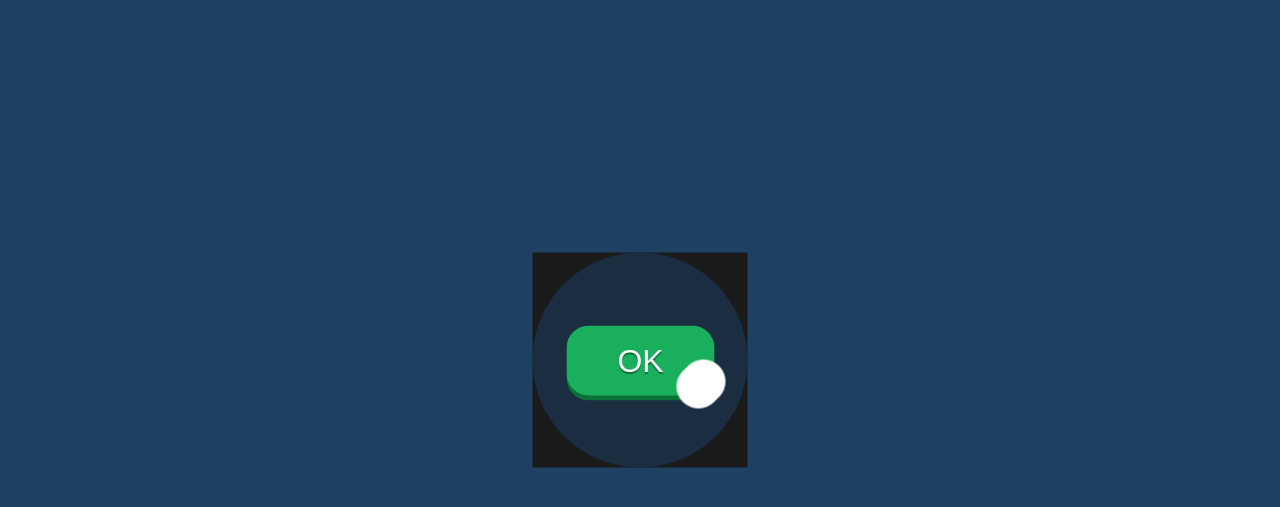
Repository: Folody-Team/Bubble-Button
Page: index.html
The author's editor kept a copy of each file at every save. The page is drawn from the files as they stood at one save, then again after the next save.
The browser window is 1280 px wide. The pictures show the whole page.

Above is the page before, as saved 2022-01-18 10:40:45.

After the next save:
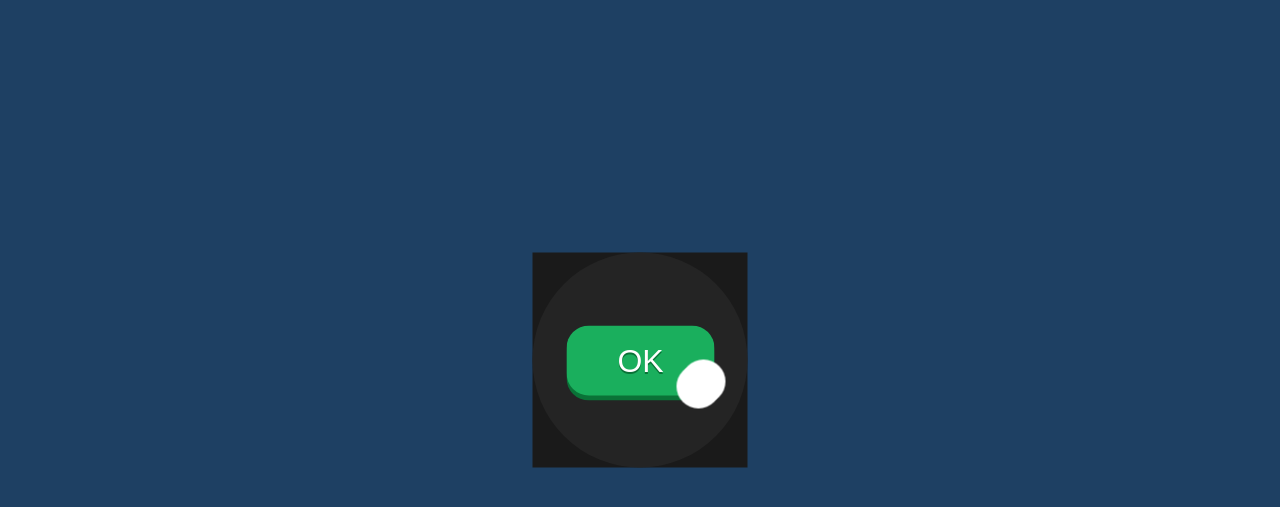
Saved 18 s later.
--- a/style.css
+++ b/style.css
@@ -32,7 +32,7 @@
 }
 
 .mask-b {
-  background: #1b2d41;
+  background: #242424;
 }
 
 /*=====================================================================================
